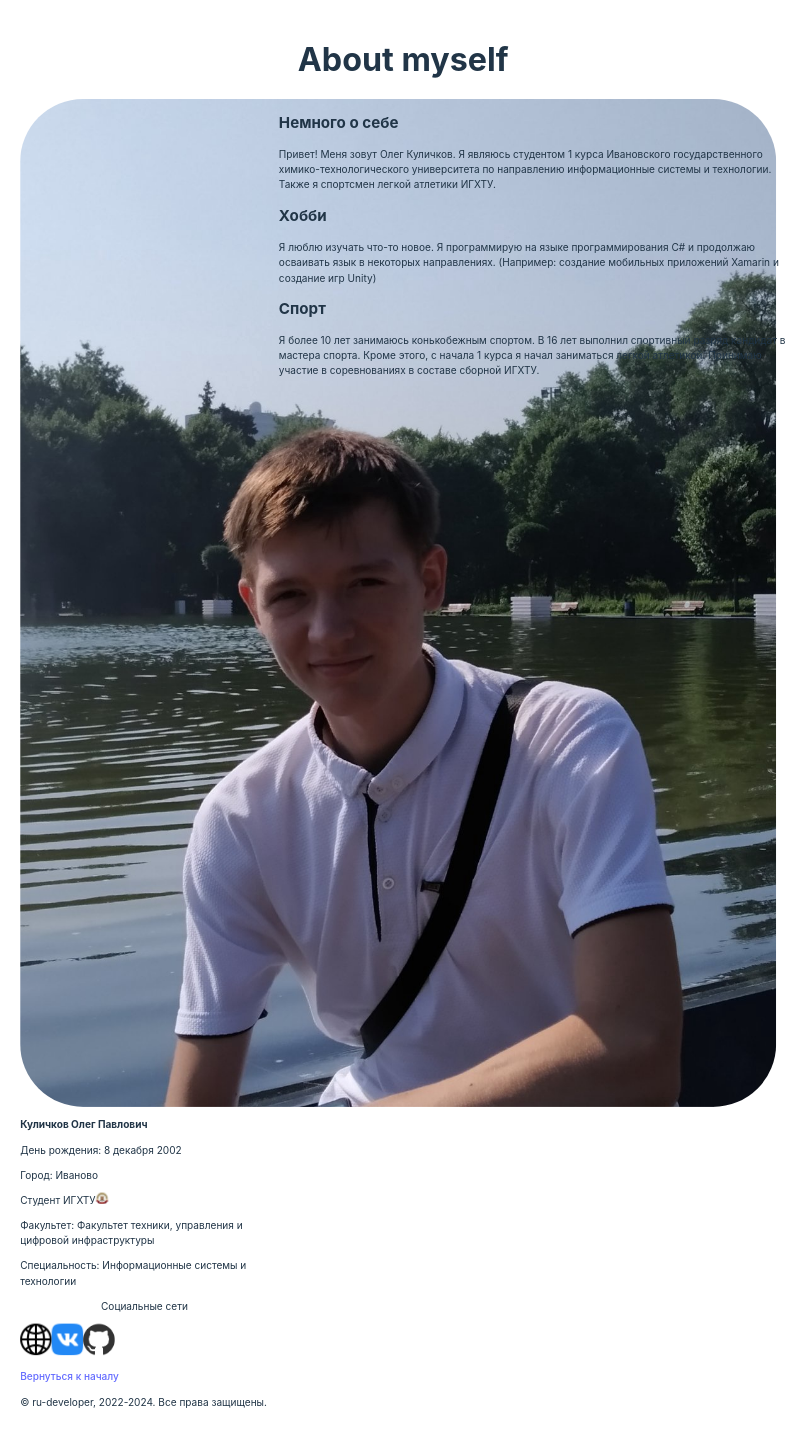
Repository: HubOl01/my_profile
Page: /
An editor plug-in stored every save of this project. The page is shown before and after a run of saves, followed by the edit.
The browser window is 1280 px wide. The pictures show the whole page, at 63% of full size.
The project was rebuilt for these pictures with package versions that can differ from the ones it lists, and the page was loaded fresh each time. Also part of the build but not shown: vite.config.ts.

Above is the page before, as saved 2024-03-06 08:37:39.

After the next 3 saves:
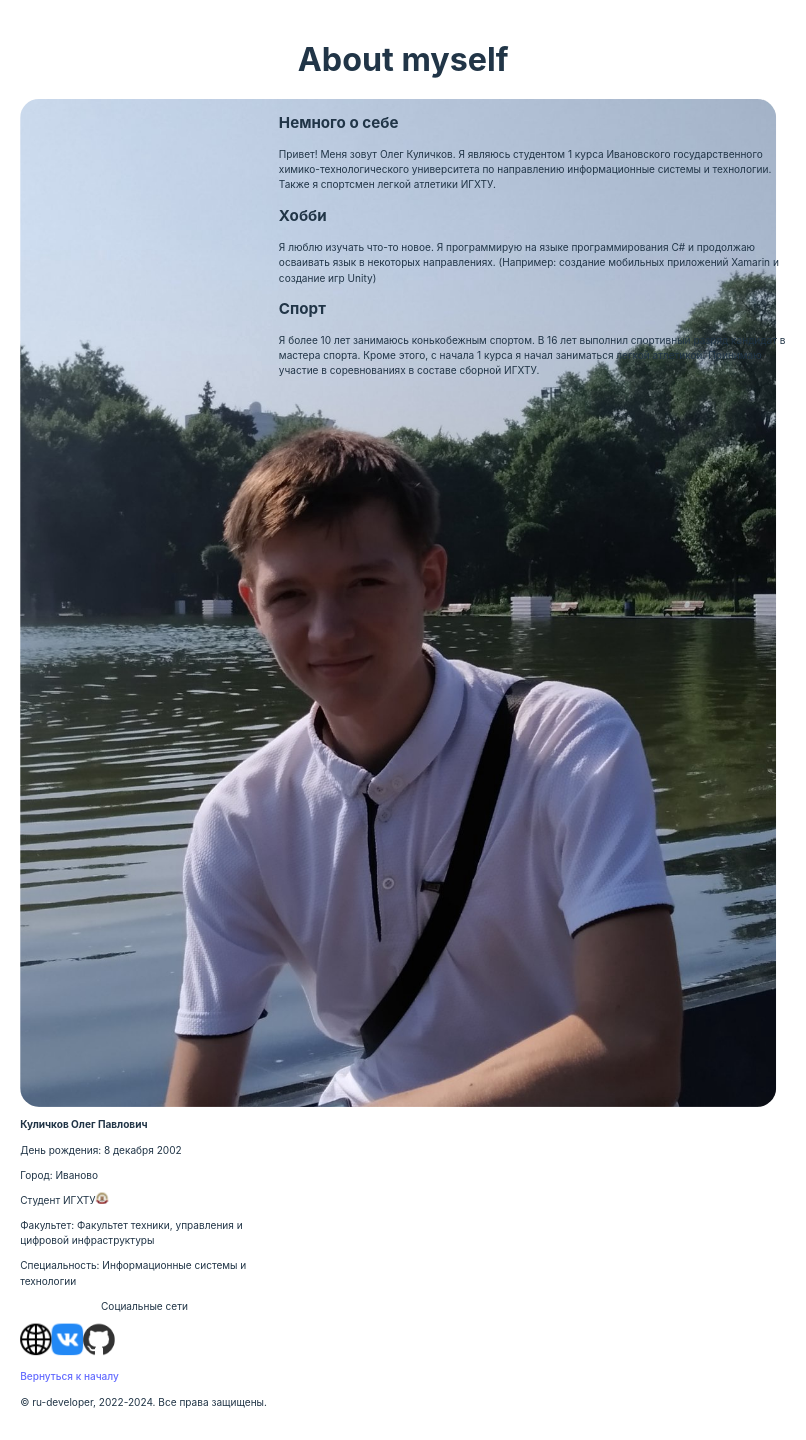
The 3 saves are shown as one change because they came seconds apart.
The last was saved 11 s later.
--- a/src/components/left/LeftBar.tsx
+++ b/src/components/left/LeftBar.tsx
@@ -17,7 +17,7 @@ const LeftBar = () => {
 
             // backgroundSize: 'contain'
             style={{
-              borderRadius: '100px',
+              borderRadius: '30px',
               display: 'flex',
               backgroundSize: 'contain',
               backgroundRepeat: 'no-repeat'
